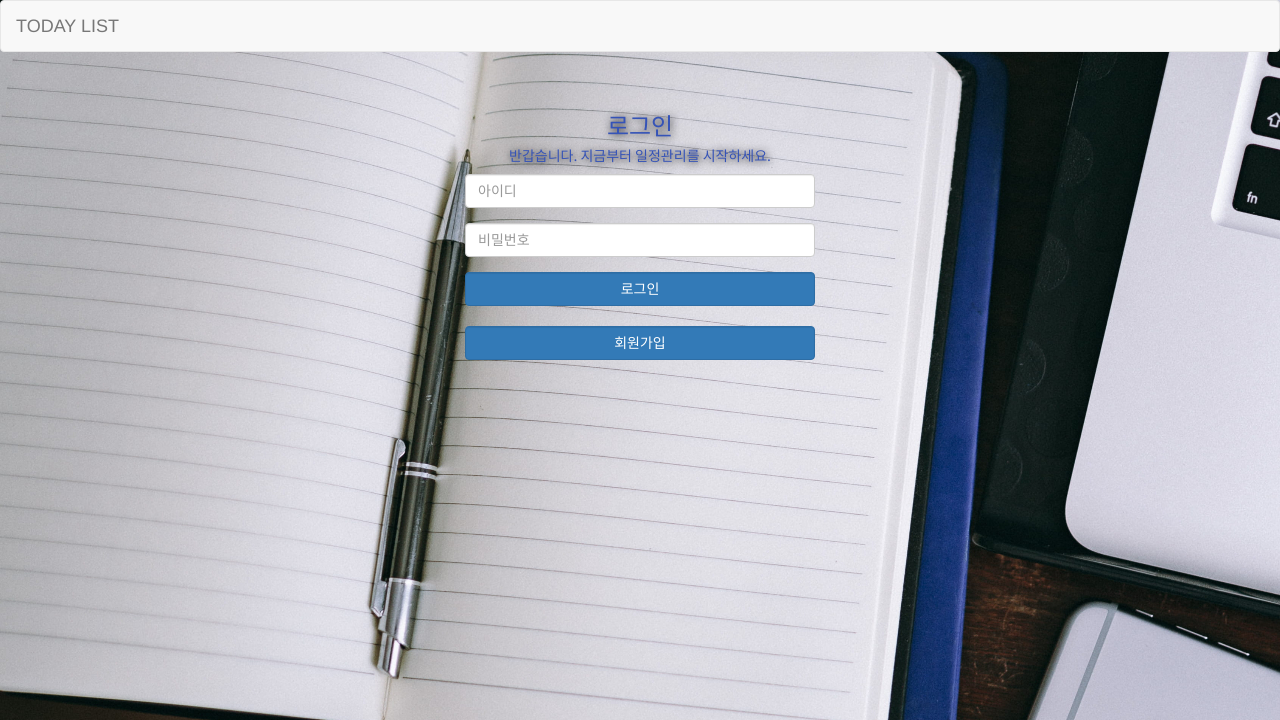
Repository: heedayday/today_list
Page: http://localhost/TODOLIST2/login.jsp
The author's editor kept a copy of each file at every save. The page is drawn from the files as they stood at one save, then again after the next save.
The browser window is 1280 px wide. The pictures show the whole page.
The page is served by Tomcat 9.

Above is the page before, as saved 2020-11-12 18:33:55.

After the next save:
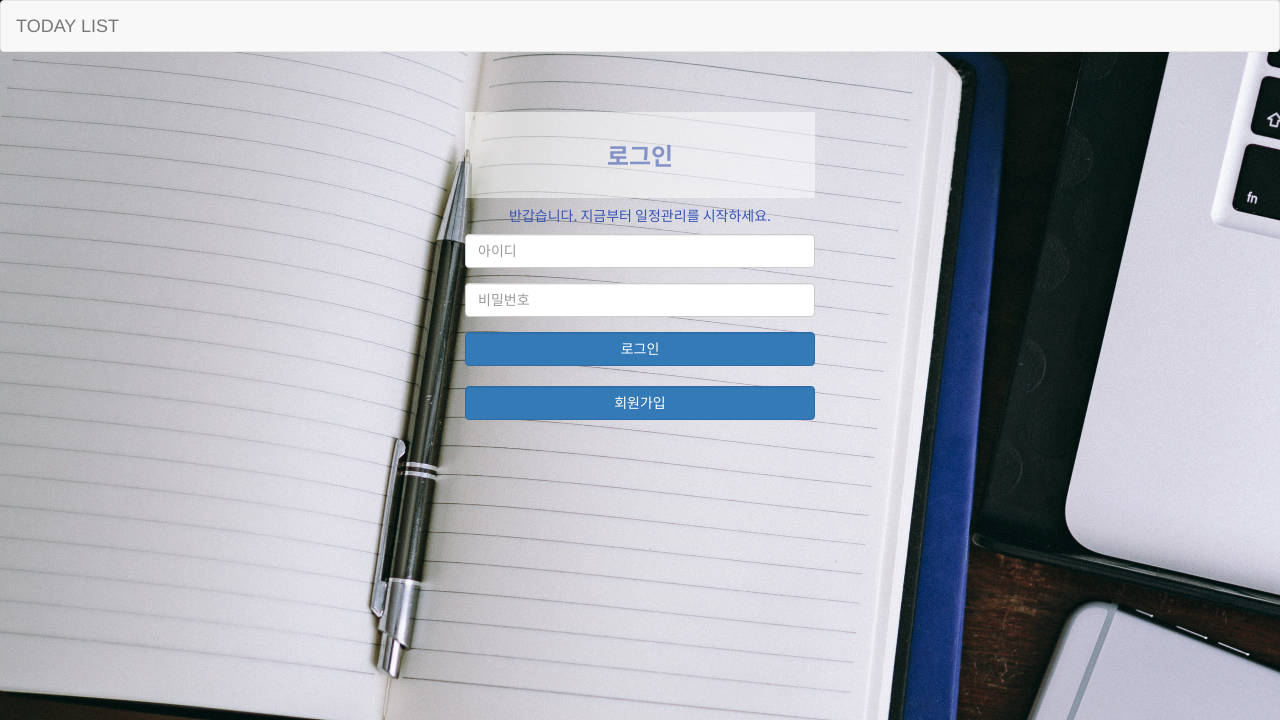
Saved 110 s later.
--- a/TODOLIST2/WebContent/login.jsp
+++ b/TODOLIST2/WebContent/login.jsp
@@ -13,6 +13,13 @@
 body {
   background-image: url("login6.jpg");
 }
+#nomal{
+        padding: 30px;
+        font-weight: bold;
+        text-align: center;
+        background-color: #ffffff;
+        opacity: 0.5;
+      }
 </style>
 </head>
 <body>
@@ -34,8 +41,8 @@ body {
 		<div class="col-lg-4">
 			<div class="jumpbotron" style="padding-top:20px;">
 				 <form method="post" action="loginAction.jsp">
-				 	<h3  style="text-align: center; color: #3553b7; font-family: 'Noto Sans KR', sans-serif; text-shadow: 1px 1px 8px #000;" >로그인</h3>
-				 	<h5  style="text-align: center; color: #3553b7; font-family: 'Noto Sans KR', sans-serif; text-shadow: 1px 1px 8px #000;" >반갑습니다. 지금부터 일정관리를 시작하세요.</h5>
+				 	<h3 id="nomal" style="text-align: center; color: #3553b7; font-family: 'Noto Sans KR', sans-serif; backr " >로그인</h3>
+				 	<h5  style="text-align: center; color: #3553b7; font-family: 'Noto Sans KR', sans-serif; " >반갑습니다. 지금부터 일정관리를 시작하세요.</h5>
 				 	<div class="form-group">
 				 		<input type="text" class="form-control" placeholder="아이디" name="userID" maxlength="20">
 				 	</div>
